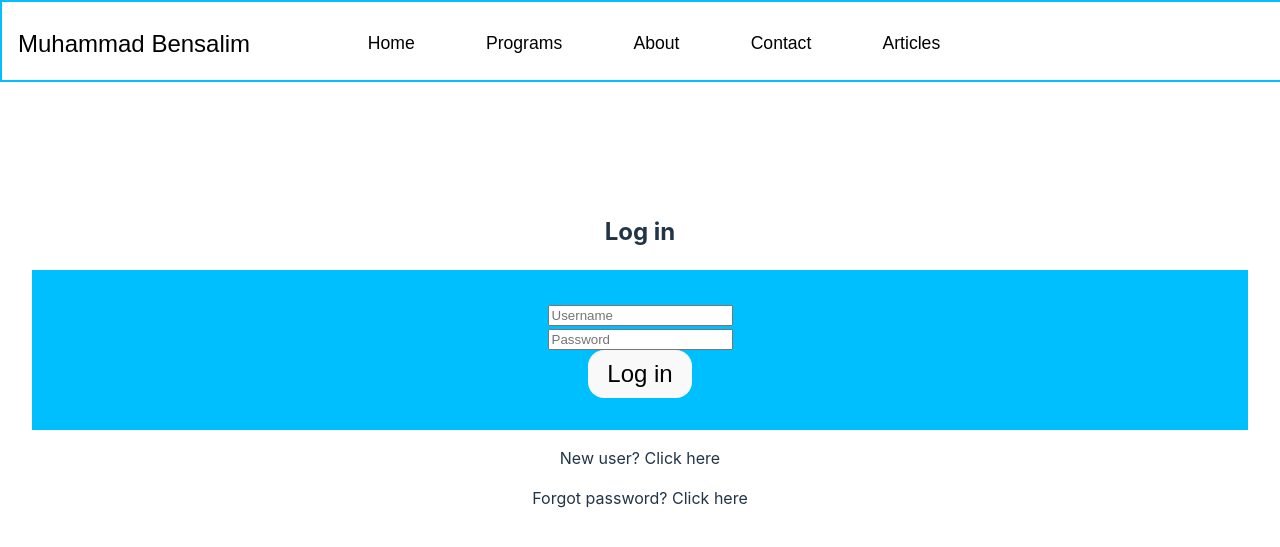
Repository: TMuse333/fitness_templates
Page: /progress
An editor plug-in stored every save of this project. The page is shown before and after a run of saves, followed by the edit.
The browser window is 1280 px wide. The pictures show the whole page.
The project was rebuilt for these pictures with package versions that can differ from the ones it lists, and the page was loaded fresh each time. Also part of the build but not shown: vite.config.js, src/components/herobanner/herobanner.css, src/components/herobanner/herobanner.jsx, src/components/about/about.css, src/components/about/about.jsx, src/components/serviceOffering/serviceOffering.css, src/components/serviceOffering/serviceOffering.jsx, src/data/data.js and 33 more. Imported but missing from the stored project, and not drawn on this page: src/media/best_dunk.mp4.

Above is the page before, as saved 2024-03-09 19:26:40.

### src/main.jsx
import './index.css'
import * as React from 'react';
import { StrictMode } from 'react';
import { createRoot } from 'react-dom/client';
import { BrowserRouter } from 'react-router-dom';

import App from './App';

const rootElement = document.getElementById('root');
const root = createRoot(rootElement);

root.render(
  <StrictMode>
    <BrowserRouter>
      <App />
    </BrowserRouter>
  </StrictMode>
);

### src/index.css
:root {
  font-family: Inter, system-ui, Avenir, Helvetica, Arial, sans-serif;
  line-height: 1.5;
  font-weight: 400;

  color-scheme: light dark;
  color: rgba(255, 255, 255, 0.87);
  background-color: #242424;

  font-synthesis: none;
  text-rendering: optimizeLegibility;
  -webkit-font-smoothing: antialiased;
  -moz-osx-font-smoothing: grayscale;
}

a {
  font-weight: 500;

  text-decoration: inherit;
}
a:hover {

}

body {
  margin: 0;
  display: flex;
  place-items: center;
  min-width: 320px;
  min-height: 100vh;
}

h1 {
  font-size: 3.2em;
  line-height: 1.1;
}

button {
/* border: none;
  padding: 0.6em 1.2em;
  font-size: 1em;
  font-weight: 500;
  font-family: inherit;

  cursor: pointer;
  transition: border-color 0.25s;
  transition: all 0.3s ease-in; */
  background-color: #00bfff;

  font-size: 1.5rem;
  border-radius: 1rem;
  padding: 0.6rem 1.2rem;
  font-weight: 500;
  border: none;
  margin: 0 auto;
}
button:hover {
  /* transform: scale(1.3); */

}
button:focus,
button:focus-visible {
  outline: 4px auto -webkit-focus-ring-color;
}

@media (prefers-color-scheme: light) {
  :root {
    color: #213547;
    background-color: #ffffff;
  }
  a:hover {
    color: #747bff;
  }
  button {
    background-color: #f9f9f9;
  }
}

### src/App.jsx
import { useState } from 'react'

import './App.css'
import Homepage from '../pages/homepage'
import Program from '../pages/program';
import { BrowserRouter as Router, Route, Routes } from 'react-router-dom';
import Contact from '../pages/contact';
import About from '../pages/about';
import Articles from '../pages/articles';
import Progress from '../pages/progress';


function App() {
  const [count, setCount] = useState(0)

  return (
    <>
    <Routes>
      <Route path='/'
        element={<Homepage/>}
        />
        <Route path='programs'
        element={<Program/>}
        />
        <Route path='contact'
        element={<Contact/>}
        />
        <Route path='about'
        element={<About/>}
        />
        <Route path='articles'
        element={<Articles/>}
        />
        <Route path='progress'
        element={<Progress/>}
        />
    </Routes>

    </>
  )
}

export default App

### src/App.css
#root {
  max-width: 1280px;
  margin: 0 auto;
  padding: 2rem;
  text-align: center;
}

.logo {
  height: 6em;
  padding: 1.5em;
  will-change: filter;
  transition: filter 300ms;
}
.logo:hover {
  filter: drop-shadow(0 0 2em #646cffaa);
}
.logo.react:hover {
  filter: drop-shadow(0 0 2em #61dafbaa);
}

.homepage{
  position: absolute;
  left:0;
  top:0;
  overflow-x: hidden;
  background: radial-gradient(circle at center, rgba(1, 181, 241, 0.7), rgba(24, 60, 84, 0.7));
}

.program-container, .personal-container, .articles-container,
pro{
  position: absolute;
  top:0;
  left:0;
  overflow-x: hidden;
}

.program-video{
  background-color: red;
}

.questions-list{
  margin-bottom: 3rem;
}



@keyframes logo-spin {
  from {
    transform: rotate(0deg);
  }
  to {
    transform: rotate(360deg);
  }
}

@media (prefers-reduced-motion: no-preference) {
  a:nth-of-type(2) .logo {
    animation: logo-spin infinite 20s linear;
  }
}

.card {
  padding: 2em;
}

.read-the-docs {
  color: #888;
}

### pages/progress.jsx
import React from "react";
import Navbar from "../src/components/navbar/navbar";
import Login from "../src/components/login/Login";



const Progress = () => {

    const links = [
        {
            dest:'/',
            name:'Home'
          },
        {
            dest:'programs',
            name:'Programs'
        },
        {
            dest:'about',
            name:'About'
        },
        {
            dest:'contact',
            name:'Contact'
        },
        {
            dest:'articles',
            name:"Articles"
        },

    ]

    return (<>
<Navbar links={links}
/>
<div className="progress-container">


       <Login/>
       </div>
        </>

    )
}


export default Progress

### src/components/navbar/navbar.jsx
import React, { useState,useEffect } from 'react';
// import { FaArrowLeft, FaArrowRight } from 'react-icons/fa';
import { Link } from 'react-router-dom';
import './navbar.css'

import nobg from '../../media/quantum-striker-pose.png'





const Navbar = ({links,id}) => {
  const [subMenuVisible, setSubMenuVisible] = useState(false);
  const [isMobile, setIsMobile] = useState(true)
  const [hovered, setHovered] = useState(false)
  const [navHovered, setNavHovered] = useState(null)

  const handleMouseEnter = () => {
    setHovered(true)
  }

  const handleMouseLeave = () => {
    setHovered(false)
  }

  const handleNavEnter = (index) => {
    setNavHovered(index);
  };

  const handleNavLeave = () => {
    setNavHovered(null);
  };

  const toggleSubMenu = () => {

    setSubMenuVisible(!subMenuVisible);
  };


  useEffect(() => {
    // Function to update sub-menu visibility when the screen width changes
    const handleResize = () => {
      const screenWidth = window.innerWidth;
      setIsMobile(!(screenWidth >= 865)); // Set subMenuVisible to true if screen width is at least 415 pixels
    };

    // Add a resize event listener to update the sub-menu visibility
    window.addEventListener('resize', handleResize);

    // Initial call to set sub-menu visibility based on current screen width
    handleResize();

    // Clean up the event listener when the component unmounts
    return () => {
      window.removeEventListener('resize', handleResize);
    };
  }, []);

  const style = {
height: isMobile && !subMenuVisible ? '0px' :  isMobile ? '190px' : 'auto',
overflowY:'hidden',
width: isMobile ?'80px':'auto',
backgroundImage: isMobile ? 'linear-gradient(to right, #00bfff, #4db8ff, #64bcff, #00bfff)' : null,
transition: isMobile? 'height 0.3s ease-in,padding 0.3s ease-in' : null,
marginTop: isMobile ? '1rem' : null,
borderRadius:'10px',
paddingTop:subMenuVisible ?'1rem' : '0'



  };

  const navStyle = (index) => {

    return{
      backgroundColor: navHovered === index? '#00bfff' : null,
      padding:'0 0.55rem 0 0.55rem',
      borderRadius:'7px',
      // color:navHovered === index? '#6c5933' : null,
    }
  }

  const logoStyle = {
    transform: hovered || subMenuVisible? 'scale(1.3)' : 'scale(1)',
    width:'50px',
    transition:'all ease-in 0.3s',
    backgroundColor:'transparent',
    marginTop:'-1rem'
  }

  return (

    <div className='navbar-container'
    id={id}>
    <p
          className='big-logo'
          style={logoStyle}
          />
    <div className='navbar-logo'>

   <Link to='/'
   className='home-nav'>


        <p className='navbar-logo'
      >Muhammad Bensalim</p>
       </Link>

      </div>




      <div className='list-container'>
        <button onClick={toggleSubMenu}

        className='mini-logo'

        >



       <img style={logoStyle}
       onMouseEnter={handleMouseEnter}
       onMouseLeave={handleMouseLeave}
       src={nobg}

 />
        </button>
        <ul
        className='nav-list'
        style={style}

         >

          {links.map((link,index) => (
            <Link to={link.dest}
            key={index}
            className='nav-link'>
                <li
                onMouseEnter={()=>handleNavEnter(index)}
                onMouseLeave={()=>handleNavLeave()}
                style={navStyle(index)}>
                  {link.name}
                </li>
            </Link>
          ))}

        </ul>
      </div>




       </div>

  );
};

export default Navbar;

### src/components/login/Login.jsx
import React from "react";
import './login.css'

const Login = () => {
  return (
    <>
      <div className="login-container">
        <h2>Log in</h2>
        <div className="login-box">
          <form>
            <div className="form-group">

              <input type="text" id="username" name="username"
              placeholder="Username"/>
            </div>

            <div className="form-group">

              <input type="password" id="password" name="password"
              placeholder="Password" />
            </div>

            <button type="submit">Log in</button>
          </form>

        </div>
        <p>New user? Click here</p>
        <p>Forgot password? Click here</p>
      </div>
    </>
  );
};

export default Login;

### src/components/navbar/navbar.css
/* Add this to your navbar.css file */

.navbar-container{


    position: fixed;
     width: 100vw;

     top: 0px;
     left:0px;
     background:rgba(255, 255, 255, 0.7) ;

     height: 70px;
     z-index: 30;
  padding-top: 0.5rem;
  border-bottom: 2px solid #333;

    border: 2px solid #00bfff;

   }

   #overview-nav{
    background: radial-gradient(circle at center, rgba(0, 153, 205, 0.7), rgba(48, 115, 160, 0.9));
   }

   .big-logo{
     display: none;
   }

   .list-container {
    color:white;
    transform: translateY(-2.5rem);
    width:min-content;
    margin-left: auto;
    /* background-color: #BE9F5B; */
    margin-right: 2rem;
  /* background: linear-gradient(to right, #6c5933, #be9f5b, #6c5933);; */



   }

   .nav-list{
     /* margin-right: 2rem; */
     width: 50px;
     align-items: center;
     display:flex;
     flex-direction: column;
     margin-right: -1.5rem;
     color:black;
     /* background-color: #BE9F5B;
     background: linear-gradient(to right, #6c5933, #be9f5b, #6c5933); */
   }

   .home-nav{
    text-decoration: none;
   }

   .list-container li{
     list-style-type: none;
     /* transform: translateX(-25%); */
     padding:10px;
     color:black;
     font-weight: 500;
     transform: translateX(-1rem);
     font-family: 'Palatino Sans', 'Palatino Sans Informal', 'Palatino Sans Text', 'Palatino Sans W1G', 'Palatino Sans W01', sans-serif;
    text-decoration: none;
    margin-top: 0.5rem;
    margin-bottom: 1rem;
    /* color:white; */



     /* margin-top: -2rem; */

   }

   .list-container li a {
    text-decoration: none;
    color:white;
   }

   .mini-logo {
     display: flex;
     justify-content: center;
     align-items: center;
     margin-top: -1rem;
     height: 2.5rem;
     width: 2rem; /* Set the width and height to make it a perfect circle */
     padding: 0; /* Remove padding */
     border-radius: 50%; /* Make it circular */
     margin-left: auto;

     /* margin-right: auto; */
     background-color: transparent;
     border-color: transparent;



   }

   .navbar-logo{
     color:black;
     text-align: left;
     margin-left: 0.5rem;
     font-family: 'Abhaya Libre', sans-serif;
     font-size: 1.3rem;
     margin-top: 1.3rem;
     /* background-color: #BE9F5B; */
     /* background-image: url(src/media/SAINEY-MEDIA.png); */

   }

   .nav-button::before,
   .nav-button::after {
     content: '';
     position: absolute;
     background-color: #d15959; /* Set the color of the lines */
     height: 2px; /* Set the height of the lines */
     width: 10%; /* Set the width of the lines */
   }

   .nav-button::before {
     top: 5%;
   }

   .nav-button::after {
     top: 8%;
   }

  .nav-link{
  text-decoration: none;
  color:white;
  }

  @media screen and (min-width:400px){
    .mini-logo{
      margin-right: 1.5rem;
    }
  }



   @media screen and (min-width: 865px)  {
     .nav-list {
       display: flex;
       width:max-content;
       flex-direction: row;
       justify-content: space-between;
       padding:0 5px 0 5px;
       margin-top: -0.8rem;
       height:100%;
       /* transform: translateX(1rem); */
       /* background-color: rgb(38, 37, 79); */
       /* background-color: #d15959; */




       /* background-color: ; */
     }

     /* .navbar-container{
      width:98vw;
     } */

     .list-container{
      width:45vw;
      margin-top: -1.5rem;
     }

     .list-container li{
      font-size: 1.1rem;
      font-weight: 400;
     }



     .nav-button{
       /* display: none; */
     }

     .list-container li{
       transform: translateX(0rem);
       white-space: nowrap;
       padding:0;
     }

     .list-container{

       margin-left: auto;
       margin-right: auto;
     }

     .mini-logo{
       display: none;
     }

     .navbar-logo{
      font-size: 1.5rem;
      margin-top: 1rem;
     }

     .big-logo{
       position: absolute;
       right:2rem;
       display: flex;
       top:1rem;
     }

     /* .navbar-logo{
       display: none;
     } */
   }

### src/components/login/login.css
.login-box{
    background-color: #00bfff;
    padding:2rem;
    width:90vw;
    margin:0 auto;
}

.login-contanier{
    width:100vw;
}

Loaded but not shown: index.html (common file)

After the next 2 saves:
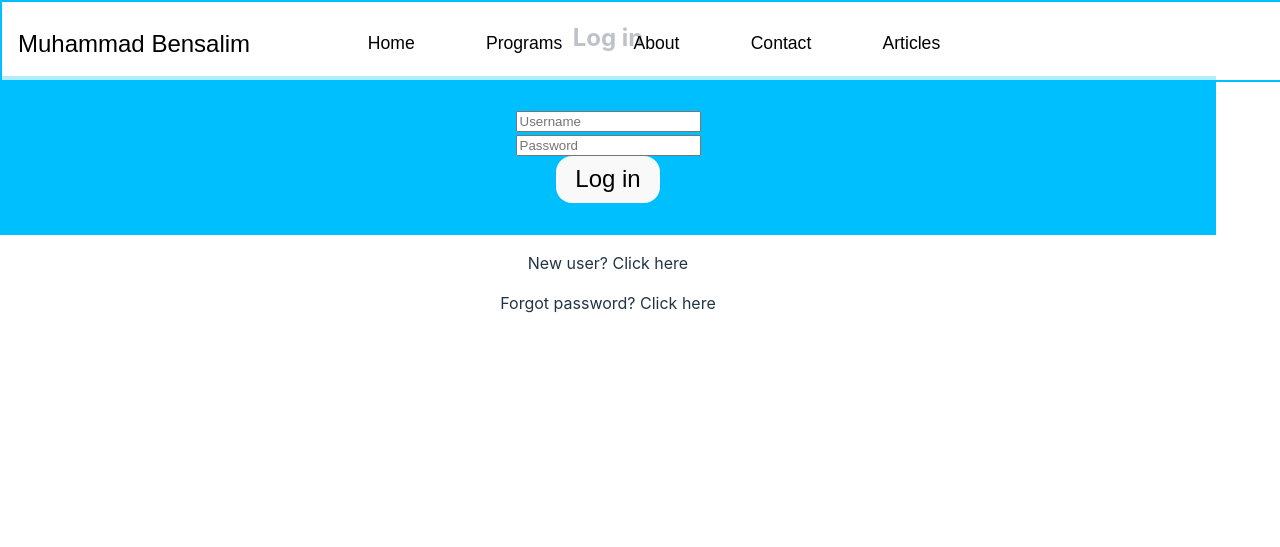
The 2 saves are shown as one change because they came seconds apart.
The last was saved 8 s later.
--- a/src/App.css
+++ b/src/App.css
@@ -27,7 +27,7 @@
 }
 
 .program-container, .personal-container, .articles-container,
-pro{
+.progress-container{
   position: absolute;
   top:0;
   left:0;

After the 2 saves that followed:
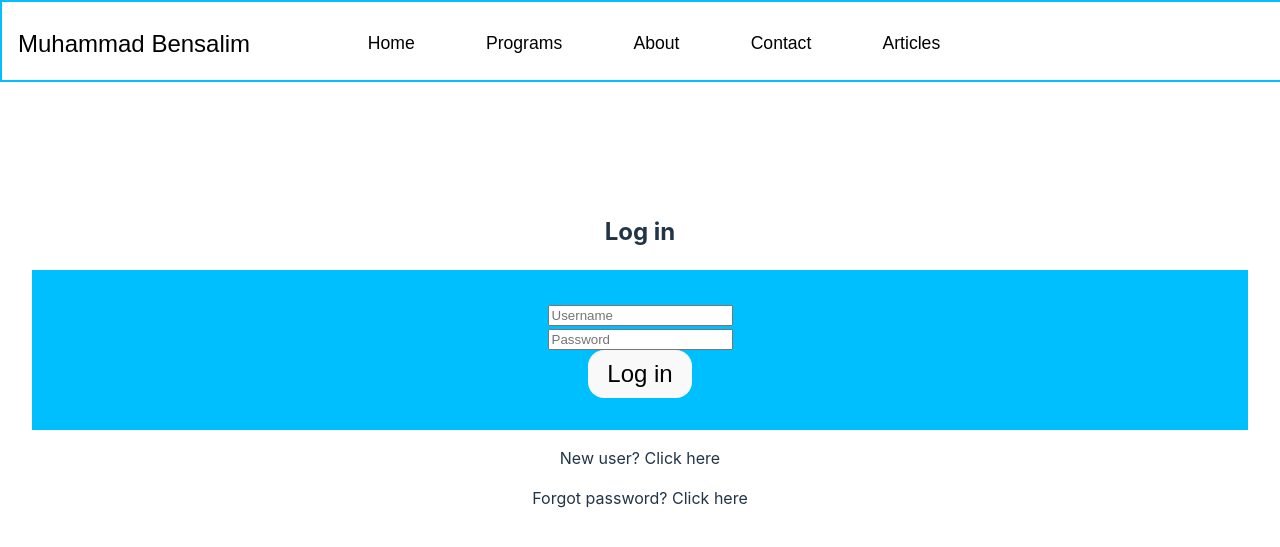
The 2 saves are shown as one change because they came seconds apart.
The last was saved 3 min 26 s later.
--- a/src/App.css
+++ b/src/App.css
@@ -26,8 +26,8 @@
   background: radial-gradient(circle at center, rgba(1, 181, 241, 0.7), rgba(24, 60, 84, 0.7));
 }
 
-.program-container, .personal-container, .articles-container,
-.progress-container{
+.program-container, .personal-container, .articles-container
+{
   position: absolute;
   top:0;
   left:0;
